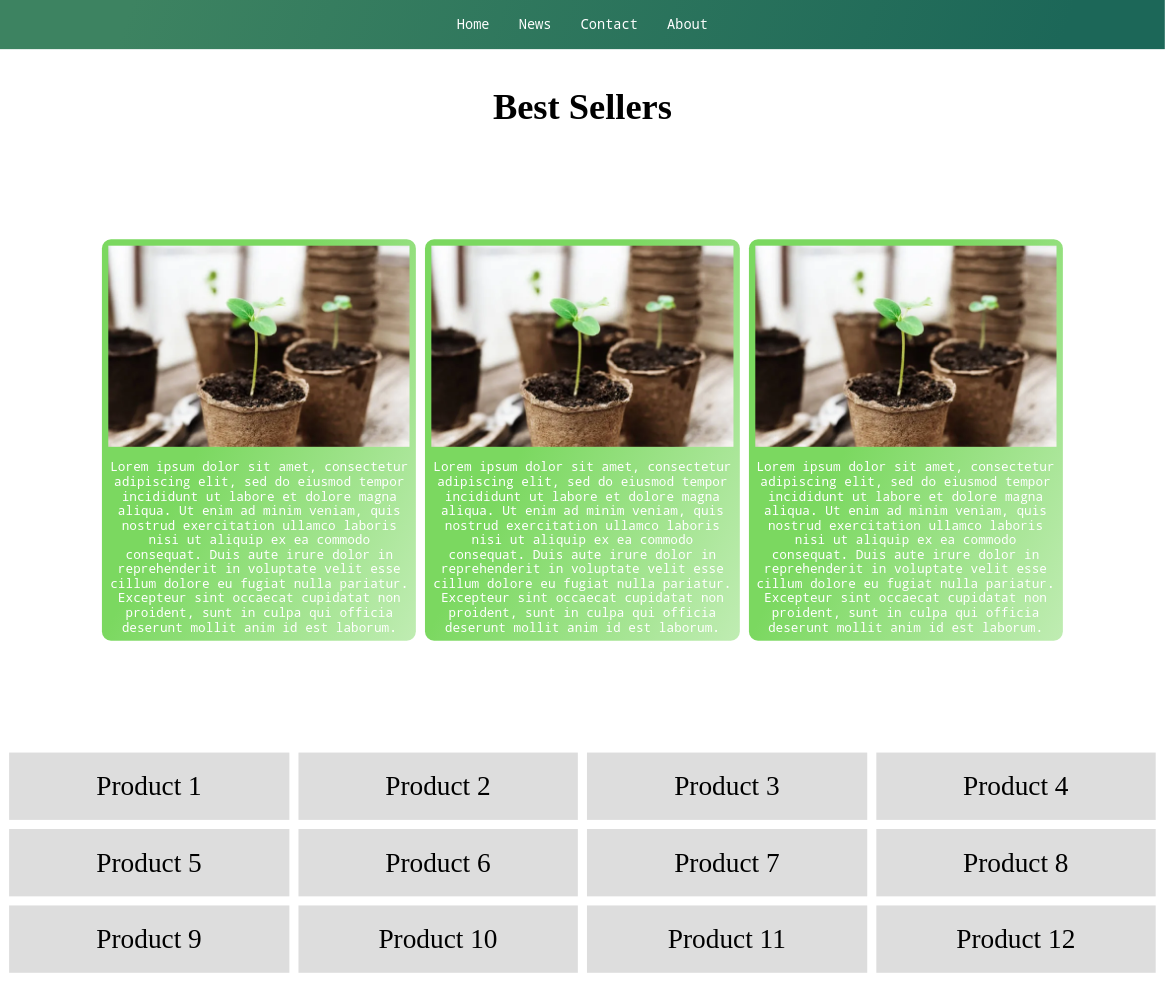
Repository: Flexo874/ISITECH-HTML-CSS
Page: index.html
These files come from the project's save history. The page is drawn as it stood at one moment and after the next save; the edit follows.
The browser window is 1280 px wide. The pictures show the whole page, at 91% of full size.

Above is the page before, as saved 2024-01-02 15:14:26.

### index.html
<!DOCTYPE html>
<html>
<head>
    <title>Navigation Bar</title>
     <link rel="stylesheet" type="text/css" href="./style.css">
</head>
<body>
    <ul>
        <li><a href="#home">Home</a></li>
        <li><a href="#news">News</a></li>
        <li><a href="#contact">Contact</a></li>
        <li><a href="#about">About</a></li>
    </ul>

    <h1 > Best Sellers</h1>



    <div class="container">

            <div class="item">
                <a>
                <img src="images/semis-prêt-à-être-planté-dans-le-jardin.webp" alt="Logo">
                <p>Lorem ipsum dolor sit amet, consectetur adipiscing elit, sed do eiusmod tempor incididunt ut labore et dolore magna aliqua. Ut enim ad minim veniam, quis nostrud exercitation ullamco laboris nisi ut aliquip ex ea commodo consequat. Duis aute irure dolor in reprehenderit in voluptate velit esse cillum dolore eu fugiat nulla pariatur. Excepteur sint occaecat cupidatat non proident, sunt in culpa qui officia deserunt mollit anim id est laborum.</p>
                </a>
            </div>
            <div class="item">
                <a>
                <img src="images/semis-prêt-à-être-planté-dans-le-jardin.webp" alt="Logo">
                <p>Lorem ipsum dolor sit amet, consectetur adipiscing elit, sed do eiusmod tempor incididunt ut labore et dolore magna aliqua. Ut enim ad minim veniam, quis nostrud exercitation ullamco laboris nisi ut aliquip ex ea commodo consequat. Duis aute irure dolor in reprehenderit in voluptate velit esse cillum dolore eu fugiat nulla pariatur. Excepteur sint occaecat cupidatat non proident, sunt in culpa qui officia deserunt mollit anim id est laborum.</p>
                </a>
            </div>
            <div class="item">
                <a>
                <img src="images/semis-prêt-à-être-planté-dans-le-jardin.webp" alt="Logo">
                <p>Lorem ipsum dolor sit amet, consectetur adipiscing elit, sed do eiusmod tempor incididunt ut labore et dolore magna aliqua. Ut enim ad minim veniam, quis nostrud exercitation ullamco laboris nisi ut aliquip ex ea commodo consequat. Duis aute irure dolor in reprehenderit in voluptate velit esse cillum dolore eu fugiat nulla pariatur. Excepteur sint occaecat cupidatat non proident, sunt in culpa qui officia deserunt mollit anim id est laborum.</p>
                </a>
            </div>
    </div>

    <div class="sells">
        <div class="grid-container">
            <div class="grid-item">Product 1</div>
            <div class="grid-item">Product 2</div>
            <div class="grid-item">Product 3</div>
            <div class="grid-item">Product 4</div>
            <div class="grid-item">Product 5</div>
            <div class="grid-item">Product 6</div>
            <div class="grid-item">Product 7</div>
            <div class="grid-item">Product 8</div>
            <div class="grid-item">Product 9</div>
            <div class="grid-item">Product 10</div>
            <div class="grid-item">Product 11</div>
            <div class="grid-item">Product 12</div>
           </div>

    </div>


</body>
</html>

### style.css
*{
    margin: 0;
    padding: 0;

}
ul {
    list-style-type: none;
    margin: 0;
    padding: 0;
    overflow: hidden;
    background-image: linear-gradient( 109.6deg,  rgba(61,131,97,1) 11.2%, rgba(28,103,88,1) 91.1% );
    display: flex;
    list-style: none;
    box-sizing: border-box  ;
    justify-content: center;
}

li {
    position: relative;

}

li a {
    display: block;
    color: white;
    text-align: center;
    padding: 18px 16px;
    text-decoration: none;
    font-size: 15px;
    transition: .4s ease-in-out;
    position: center;
    font-family: "Noto Mono", monospace;

}

li a:hover {
    background-color: #111;
    border-radius: 5px;

}

h1 {
    padding: 40px;
    padding-bottom: 10px;
    margin-bottom: 10px;
    text-align: center;
    font-weight: bold;
    font-size: 40px;
}



.container {

    display: flex;
    grid-template-columns: repeat(3, 1fr);
    grid-auto-rows: minmax(300px, auto);
    gap: 10px;
    padding: 10px;;
    margin-top: 0;
    margin: 8%;
}


.item {
    align-items: center;
    justify-content: center;
    border-radius: 10px;
    display: flex;
    justify-content: center;
    align-items: center;
    background-image: linear-gradient( 117deg,  rgba(123,216,96,1) 39.2%, rgba(255,255,255,1) 156.2% );
}



.item a {
    margin: 7px;
}

.item a:hover {
    color: white;
}


.item img {
    max-width: 100%;
    height: auto;

}

.item p {
    margin-top: 10px;
    text-align: center;
    color: white;
    font-family: "Noto Mono", monospace;
    font-size: 14px;
}

.grid-container {
    display: grid;
    grid-template-columns: repeat(4, 1fr);
    grid-gap: 10px;
    padding: 10px;
    bottom: auto;
   }

   .grid-item {
        background-color: #ddd;
        padding: 20px;
        font-size: 30px;
        text-align: center;
    }

After the next save:
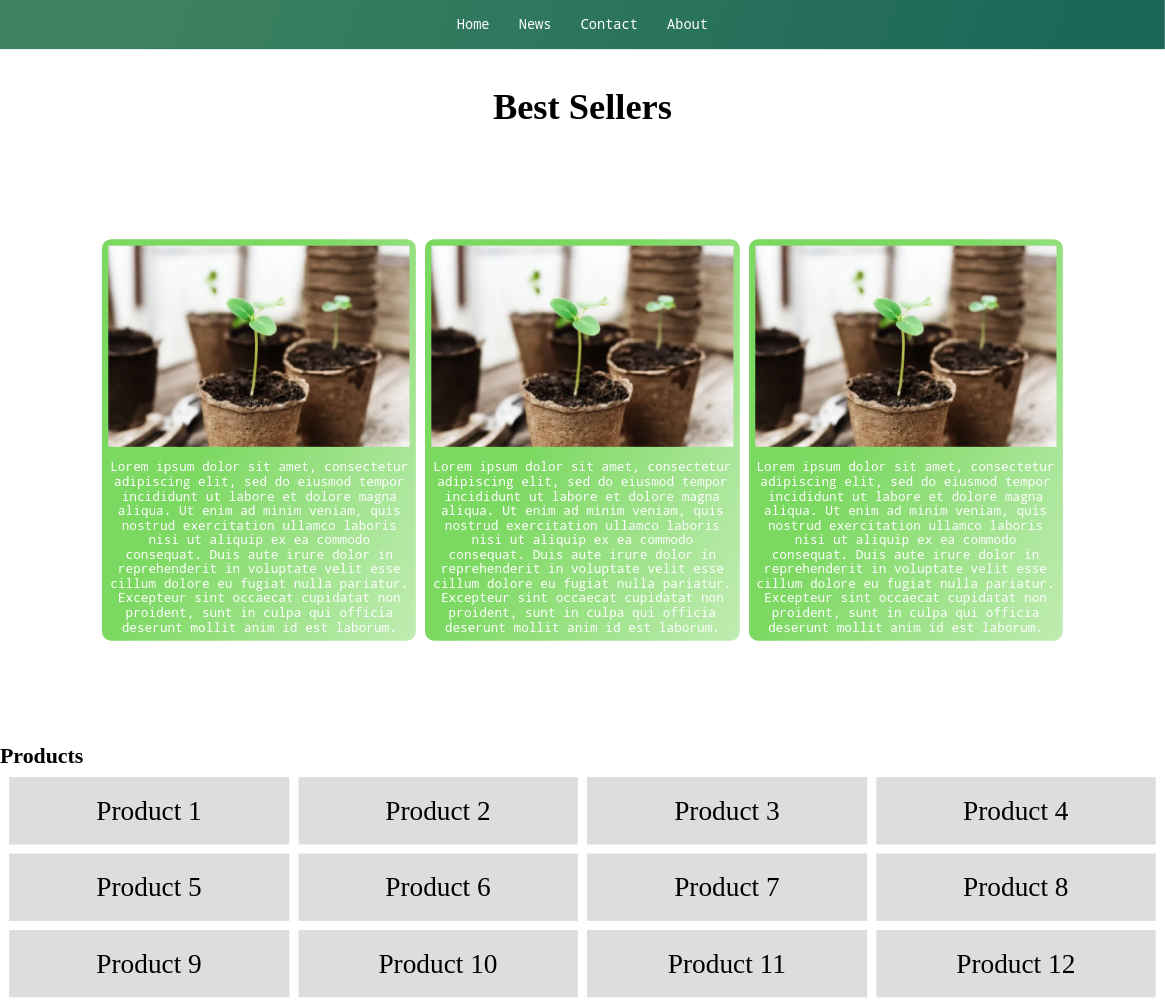
Saved 6 min 18 s later.
--- a/index.html
+++ b/index.html
@@ -38,7 +38,10 @@
             </div>
     </div>
 
+
+
     <div class="sells">
+        <div class="product"><h2>Products</h2></div>
         <div class="grid-container">
             <div class="grid-item">Product 1</div>
             <div class="grid-item">Product 2</div>
